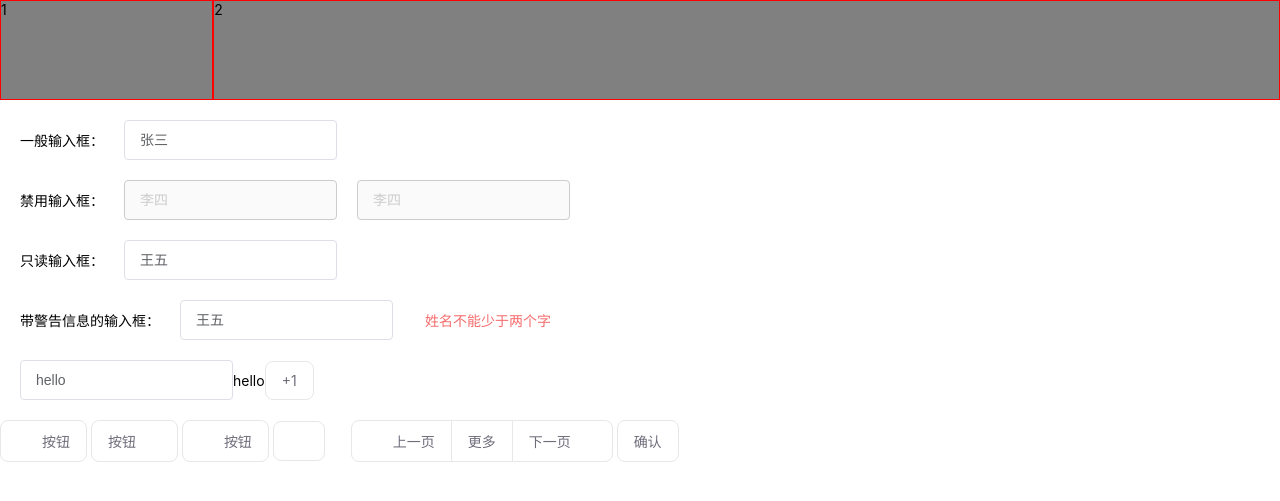
Repository: NansenHo/yellow-ui
Page: /
The author's editor kept a copy of each file at every save. The page is drawn from the files as they stood at one save, then again after the next save.
The browser window is 1280 px wide. The pictures show the whole page.
The project was rebuilt for these pictures with package versions that can differ from the ones it lists, and the page was loaded fresh each time. Also part of the build but not shown: src/svg.js.

Above is the page before, as saved 2022-01-02 11:16:36.

### index.html
<!DOCTYPE html>
<html lang="zh-Hans">
  <head>
    <meta charset="UTF-8" />
    <meta
      name="viewport"
      content="width=device-width, user-scalable=no, initial-scale=1.0, maximum-scale=1.0, minimum-scale=1.0"
    />
    <meta http-equiv="X-UA-Compatible" content="ie=edge" />
    <title>Yellow</title>
    <style>
      * {
        margin: 0;
        padding: 0;
        box-sizing: border-box;
      }

      :root {
        --button-color: #6e6d7a;
        --button-height: 32px;
        --font-size: 14px;
        --button-bg: white;
        --button-active-bg: #eee;
        --border-radius: 8px;
        --border-color: #e7e7e9;
        --border-color-hover: #666;
      }

      body {
        font-size: var(--font-size);
        font-family: SF Pro SC, SF Pro Text, SF Pro Icons, PingFang SC,
          Helvetica Neue, Helvetica, Arial, sans-serif;
      }
    </style>
    <style>
      .box {
        margin: 20px;
        display: flex;
        align-items: center;
      }
      .title {
        margin-right: 20px;
      }
    </style>
    <style>
      .demoBox {
        min-height: 50px;
        border: 1px solid red;
        background: gray;
      }
    </style>
  </head>
  <body>
    <div id="app">
      <y-row>
        <y-col
          class="demoBox"
          span="24"
          :ipad="{span:'10'}"
		  :narrow-pc="{span: '8'}"
          :pc="{span: '6'}"
		  :wide-pc="{span: '4'}"
          >1</y-col
        >
        <y-col
          class="demoBox"
          span="24"
          :ipad="{span:'14'}"
		  :narrow-pc="{span: '16'}"
          :pc="{span: '18'}"
		  :wide-pc="{span: '20'}"
          >2</y-col
        >
      </y-row>
      <!--	<y-row class="topBar">-->
      <!--		<y-col class="demoBox"-->
      <!--			   :span="5">-->
      <!--			<y-row align="middle">-->
      <!--				<y-col>1</y-col>-->
      <!--				<y-col>2</y-col>-->
      <!--				<y-col>3</y-col>-->
      <!--				<y-col>4</y-col>-->
      <!--			</y-row>-->
      <!--		</y-col>-->
      <!--		<y-col class="demoBox"-->
      <!--			   :span="19">-->
      <!--			<y-row align="left">-->
      <!--				<y-col>1</y-col>-->
      <!--				<y-col>2</y-col>-->
      <!--				<y-col>3</y-col>-->
      <!--				<y-col>4</y-col>-->
      <!--				<y-col>5</y-col>-->
      <!--				<y-col>6</y-col>-->
      <!--				<y-col>7</y-col>-->
      <!--			</y-row>-->
      <!--		</y-col>-->
      <!--	</y-row>-->
      <!--	<y-row class="logo-search-qrcode">-->
      <!--		<y-col class="demoBox"-->
      <!--			   span="6"-->
      <!--			   align="middle">-->
      <!--&lt;!&ndash;			<img src="https://xiedaimala.com/packs/_/assets/images/logos/red-logo-3f8db9041e6c15d4ae7ed7e4087c4b98.png"&ndash;&gt;-->
      <!--&lt;!&ndash;				 style="height:24px ;max-width: 100%;"&ndash;&gt;-->
      <!--&lt;!&ndash;				 alt="">&ndash;&gt;-->
      <!--		</y-col>-->
      <!--		<y-col class="demoBox"-->
      <!--			   span="12"></y-col>-->
      <!--		<y-col class="demoBox"-->
      <!--			   span="6"></y-col>-->
      <!--	</y-row>-->
      <!--	<y-row gutter="10">-->
      <!--		<y-col>1</y-col>-->
      <!--		<y-col>2</y-col>-->
      <!--	</y-row>-->
      <!--	<y-row gutter="18">-->
      <!--		<y-col>1</y-col>-->
      <!--		<y-col>2</y-col>-->
      <!--		<y-col>2</y-col>-->
      <!--	</y-row>-->
      <!--	<y-row gutter="20">-->
      <!--		<y-col span="2">1</y-col>-->
      <!--		<y-col span="20" offset="2">2</y-col>-->
      <!--	</y-row>-->
      <!--	<y-row gutter="20">-->
      <!--		<y-col span="4">1</y-col>-->
      <!--		<y-col span="20">2</y-col>-->
      <!--	</y-row>-->
      <!--    <y-row gutter="20">-->
      <!--        <y-col :span="3/22">1</y-col>-->
      <!--        <y-col :span="3/22" offset="1">2</y-col>-->
      <!--        <y-col :span="3/22" offset="1">2</y-col>-->
      <!--    </y-row>-->
      <div class="box">
        <p class="title">一般输入框：</p>
        <y-input value="张三"></y-input>
      </div>
      <div class="box">
        <p class="title">禁用输入框：</p>
        <y-input
          value="李四"
          style="margin-right: 20px"
          :disabled="true"
        ></y-input>
        <y-input value="李四" disabled></y-input>
      </div>
      <div class="box">
        <p class="title">只读输入框：</p>
        <y-input value="王五" readonly></y-input>
      </div>
      <div class="box">
        <p class="title">带警告信息的输入框：</p>
        <y-input value="王五" warn="姓名不能少于两个字"></y-input>
      </div>
      <div class="box">
        <y-input v-model="message"></y-input>
        <p>{{ message }}</p>
        <y-button @click="message += 1">+1</y-button>
      </div>
      <y-button icon="settings" @click="test" icon-position="left">
        按钮
      </y-button>
      <y-button icon="loading" icon-position="right"> 按钮 </y-button>
      <y-button icon="settings" icon-position="left"> 按钮 </y-button>
      <y-button icon="settings"></y-button>
      <!--    <y-button icon="settings" icon-position="up">-->
      <!--        按钮-->
      <!--    </y-button>-->
      <y-icon name="download"></y-icon>
      <y-button-group>
        <y-button icon="left">上一页</y-button>
        <y-button>更多</y-button>
        <y-button icon="right" icon-position="right">下一页 </y-button>
      </y-button-group>
      <y-button>确认</y-button>
    </div>
    <script src="./src/app.js"></script>
  </body>
</html>

### src/app.js
import Vue from 'vue';
import Button from './y-button.vue';
import Icon from './y-icon.vue';
import ButtonGroup from './y-button-group';
import Input from './y-input'
import Row from './y-row'
import Col from './y-col'

Vue.component('y-button', Button);
Vue.component('y-icon', Icon);
Vue.component('y-button-group', ButtonGroup);
Vue.component('y-input', Input)
Vue.component('y-row', Row)
Vue.component('y-col', Col)

new Vue({
	el: '#app',
	data: {
		message: 'hello'
	},
	methods: {
		test() {
			console.log('1');
		}
	},
});

// // 单元测试
// import chai from 'chai';
// import spies from 'chai-spies';
//
// chai.use(spies);
//
// const expect = chai.expect;
// // 单元测试 - 测试 icon 属性
// {
// 	const Constructor = Vue.extend(Button);
// 	let vm = new Constructor({
// 			propsData: {
// 				icon: 'settings',
// 			}
// 		}
// 	);
// 	vm.$mount();
// 	let useElement = vm.$el.querySelector('use');
// 	let href = useElement.getAttribute('xlink:href');
// 	expect(href).to.eq('#icon-settings');
// }
//
// // 单元测试 - 测试 icon-position 属性
// {
// 	const div = document.createElement('div');
// 	document.body.appendChild(div);
// 	const Constructor = Vue.extend(Button);
// 	let vm = new Constructor({
// 			propsData: {
// 				icon: 'settings',
// 				iconPosition: 'right'
// 			}
// 		}
// 	);
// 	vm.$mount(div);
// 	let svgElement = vm.$el.querySelector('svg');
// 	let classList = Array.from(svgElement.classList);
// 	let iconRight = classList.find((item) => {
// 		return item === 'y-icon-right';
// 	});
// 	expect(iconRight).to.eq('y-icon-right');
// 	// 清理掉 div 避免画面上杂乱
// 	vm.$el.remove();
// 	vm.$destroy();
// }
//
// // 单元测试 - 测试点击事件
// {
// 	// mock 模拟
// 	const Constructor = Vue.extend(Button);
// 	let vm = new Constructor({
// 			propsData: {
// 				icon: 'settings',
// 			}
// 		}
// 	);
// 	vm.$mount();
// 	// mock 了一个函数，之后用的是这个模拟函数来做的测试
// 	let spy = chai.spy(function () {
// 		console.log(1);
// 		expect(1).to.eq(1);
// 	});
// 	// 为 vm 的点击事件添加监听函数 spy
// 	vm.$on('click', spy);
// 	let button = vm.$el;
// 	// 调用 spy 函数
// 	button.click();
// 	// 期待我们的间谍函数被调用
// 	expect(spy).to.have.been.called();
// }

### src/y-button.vue
<template>
  <button class="y-button"
          @click="$emit('click')"
          v-if="iconPosition === 'right' && $slots.default">
    <slot></slot>
    <y-icon v-if="icon"
            class="y-icon-right"
            :name="icon"></y-icon>
  </button>
  <button class="y-button"
          @click="$emit('click')"
          v-else-if="iconPosition === 'left' && $slots.default">
    <y-icon v-if="icon"
            class="y-icon-left"
            :name="icon"></y-icon>
    <slot></slot>
  </button>
  <button class="y-button"
          @click="$emit('click')"
          v-else-if="!$slots.default">
    <y-icon v-if="icon"
            :name="icon"></y-icon>
  </button>
</template>

<script>
import Icon from './y-icon';

export default {
  name: 'y-button',
  components: {
    'y-icon': Icon,
  },
  // props: ['icon', 'iconPosition']
  // 用对象的写法可以写更多的功能
  props: {
    icon: {},
    iconPosition: {
      type: String,
      // icon-position 的默认值
      default: 'left',
      // 属性校验器的写法
      validator(value) {
        // return true 不能省略
        return value === 'left' || value === 'right';
        // return value !== 'left' && value !== 'right' ? false : true; // 用三元运算符来做
      }
    }
  },
};
</script>

<style scoped
       lang="scss">
.y-button {
  font-size: 14px;
  padding: 10px 16px;
  color: #6e6d7a;
  text-align: left;
  border-radius: 8px;
  border: 1px solid #e7e7e9;
  background: white;
  font-family: SF Pro SC, SF Pro Text, SF Pro Icons, PingFang SC, Helvetica Neue, Helvetica, Arial, sans-serif;
  display: inline-flex;
  justify-content: center;
  align-items: center;
  vertical-align: middle;
}

.y-button:hover {
  background-color: #eee;
  border-color: #666;
}

.y-button:active {
  background-color: #eee;
}

.y-button:focus {
  outline: none;
}


.icon {
  width: 1em;
  height: 1em;
  vertical-align: -0.15em;
  fill: currentColor;
  overflow: hidden;
}

.icon-left {
  margin-right: 0.5em;
  margin-left: 0;
}

.icon-right {
  margin-right: 0;
  margin-left: 0.5em;
}

.y-icon-right {
  margin-right: 0;
  margin-left: 0.5em;
}

.y-icon-left {
  margin-right: 0.5em;
  margin-left: 0;
}
</style>

### src/y-icon.vue
<template>
  <svg
    v-if="name === 'loading'"
    @click="$emit('click')"
    class="y-icon y-icon-loading"
    aria-hidden="true"
  >
    <use :xlink:href="`#icon-${name}`"></use>
  </svg>
  <svg v-else class="y-icon" aria-hidden="true" @click="$emit('click')">
    <use :xlink:href="`#icon-${name}`"></use>
  </svg>
</template>

<script>
import "./svg";
export default {
  name: "y-icon",
  props: ["name"],
};
</script>

<style lang="scss" scoped>
.y-icon {
  width: 18px;
  height: 18px;
  color: var(--button-color);
  vertical-align: middle;
  fill: currentColor;
  overflow: hidden;
}

@keyframes spin {
  0% {
    transform: rotate(0deg);
  }
  100% {
    transform: rotate(360deg);
  }
}

.y-icon-loading {
  animation: spin 1s infinite linear;
}
</style>

### src/y-button-group.vue
<template>
  <div class="y-button-group">
    <slot></slot>
  </div>
</template>

<script>
export default {
  name: 'y-button-group',
  mounted() {
    for (let node of this.$el.children) {
      let name = node.nodeName.toLowerCase();
      if (name !== 'button') {
        console.warn(`y-button-group 的子元素只能是 y-button，但你写的是 ${name}`);
      }
    }
  },
};
</script>

<style lang="scss"
       scoped>
.y-button-group {
  display: inline-flex;
  vertical-align: middle;

  > .y-button {
    border-radius: 0;

    &:not(:first-child) {
      margin-left: -1px;
    }

    &:hover {
      position: relative;
      z-index: 1;
    }

    // margin-left: -1px; 和 z-index: 1; 配合解决了三个按钮合一起的时候的边框问题

    &:first-child {
      border-top-left-radius: var(--border-radius);
      border-bottom-left-radius: var(--border-radius);
    }

    &:last-child {
      border-top-right-radius: var(--border-radius);
      border-bottom-right-radius: var(--border-radius);
    }
  }
}
</style>

### src/y-input.vue
<template>
  <div class="y-wrapper"
       :class="{warn}">
    <input :value="value"
           class="y-input"
           :disabled="disabled"
           :readonly="readonly"
           @change="$emit('change', $event.target.value)"
           @input="$emit('input', $event.target.value)"
           @blur="$emit('blur', $event.target.value)"
           @focus="$emit('focus', $event.target.value)"
           type="text">
    <template v-if="warn">
      <y-icon name="error" class="warn-icon"></y-icon>
      <span class="warn-message">{{ warn }}</span>
    </template>
  </div>
</template>

<script>
import Icon from './y-icon';

export default {
  name: 'y-input',
  components: {
    'y-icon': Icon
  },
  props: {
    value: {
      type: String,
    },
    disabled: {
      type: Boolean,
      default: false,
    },
    readonly: {
      type: Boolean,
      default: false,
    },
    warn: {
      type: String,
    }
  }
};
</script>

<style lang="scss"
       scoped>
$box-shadow-color: rgba(0, 0, 0, 0.5);
$border-color: #dcdfe6;
$color: #606266;
.y-wrapper {
  display: inline-flex;
  align-items: center;

  > :not(:last-child) {
    margin-right: 0.5em;
  }

  > .y-input {
    border: 1px solid $border-color;
    color: $color;
    line-height: 40px;
    height: 40px;
    outline: none;
    border-radius: 4px;
    font-size: 14px;
    padding: 0 15px;
    cursor: pointer;
    display: inline-block;

    &:hover {
      border: 1px solid #666;
      //box-shadow: inset 0 1px 3px $box-shadow-color;
    }

    &:focus {
      //box-shadow: inset 0 1px 3px $box-shadow-color;
    }

    &[disabled] {
      border-color: #ccc;
      color: #ccc;
      cursor: not-allowed;
    }
  }

  &.warn {
    > .input {
      border: 1px solid red;
    }
  }

  > .warn-icon {
    fill: #f56c6c;
  }

  > .warn-message {
    color: #f56c6c;
  }
}
</style>

### src/y-row.vue
<template>
  <div class="row"
       :class="rowClass"
       :style="rowStyle">
    <slot></slot>
  </div>
</template>

<script>
export default {
  name: 'y-row',
  props: {
    gutter: {
      type: [Number, String],
    },
    align: {
      type: String,
      validator(value) {
        return ['left', 'middle', 'right'].includes(value);
      }
    }
  },
  computed: {
    rowStyle() {
      return {marginLeft: -this.gutter / 2 + 'px', marginRight: -this.gutter / 2 + 'px'};
    },
    rowClass() {
      let {align} = this;
      return [align && `align-${align}`];
    }
  },
  mounted() {
    this.$children.forEach((vm) => {
      vm.$data.gutter = this.gutter;
    });
  }
};
</script>

<style lang="scss"
       scoped>
.row {
  display: flex;
  flex-wrap: wrap;

  &.align-left {
    justify-content: flex-start;
  }

  &.align-middle {
    justify-content: center;
  }

  &.align-right {
    justify-content: flex-end;
  }
}
</style>

### src/y-col.vue
<template>
  <div class="col" :style="colStyle" :class="colClasses">
    <slot></slot>
  </div>
</template>

<script>
//TODO 这里的验证函数写法 - 笔记
let validator = (value) => {
  let keys = Object.keys(value);
  keys = Array.from(keys);
  let result = true;
  keys.forEach((key) => {
    result = ["span", "align", "offset"].includes(key);
    return result;
  });
  return result;
};
export default {
  name: "y-col",
  props: {
    span: {
      type: [Number, String],
    },
    offset: {
      type: [Number, String],
    },
    align: {
      type: String,
      validator(value) {
        return ["left", "middle", "right"].includes(value);
      },
    },
    ipad: {
      type: Object,
      // validator: validator, 的省略，js 语法支持这样做
      validator,
    },
    narrowPc: {
      type: Object,
      validator,
    },
    pc: {
      type: Object,
      validator,
    },
    widePc: {
      type: Object,
      validator,
    },
  },
  data() {
    return {
      gutter: 0,
    };
  },
  computed: {
    colClasses() {
      let { span, offset, align, phone, ipad, narrowPc, pc, widePc } = this;
      let createClassName = (obj, devices = "") => {
        // str 默认等于空字符串
        if (!obj) {
          return [];
        }
        let array = [];
        if (obj.span) {
          if (!devices) {
            array.push(`col-${obj.span}`);
          } else {
            array.push(`col-${devices}-${obj.span}`);
          }
        }
        if (obj.offset) {
          array.push(`offset-${devices}-${obj.offset}`);
        }
        if (obj.align) {
          array.push(`align-${devices}-${obj.align}`);
        }
        return array;
      };
      return [
        ...createClassName({ span, offset, align }),
        ...createClassName(ipad, "ipad"),
        ...createClassName(narrowPc, "narrowPc"),
        ...createClassName(pc, "pc"),
        ...createClassName(widePc, "widePc"),
      ];
    },
    colStyle: function () {
      return {
        paddingLeft: this.gutter / 2 + "px",
        paddingRight: this.gutter / 2 + "px",
      };
    },
  },
};
</script>

<style lang="scss" scoped>
.col {
  height: 100px;
  background: gray;
  display: flex;

  &.align-left {
    justify-content: flex-start;
  }

  &.align-middle {
    justify-content: center;
  }

  &.align-end {
    justify-content: flex-end;
  }

  //TODO SCSS 的 for 循环写法等
  $className: col-; // 声明了一个 className 变量，其值是 col-
  @for $n from 1 through 24 {
    // loops 循环 24 次
    &.#{$className}#{$n} {
      // #{} 是插值的意思
      // .col.class-prefix1
      // .col.class-prefixn
      // .col.class-prefix24
      width: ($n/24) * 100%;
    }
  }

  $className: offset-;
  @for $n from 1 through 24 {
    &.#{$className}#{$n} {
      margin-left: ($n/24) * 100%;
    }
  }

  //TODO: @media 的写法
  @media (min-width: 577px) and (max-width: 768px) {
    $className: col-ipad-;
    @for $n from 1 through 24 {
      &.#{$className}#{$n} {
        width: ($n/24) * 100%;
      }
    }

    $className: offset-ipad-;
    @for $n from 1 through 24 {
      &.#{$className}#{$n} {
        margin-left: ($n/24) * 100%;
      }
    }
  }

  @media (min-width: 769px) and (max-width: 992px) {
    $className: col-narrowPc-;
    @for $n from 1 through 24 {
      &.#{$className}#{$n} {
        width: ($n/24) * 100%;
      }
    }

    $className: offset-narrowPc-;
    @for $n from 1 through 24 {
      &.#{$className}#{$n} {
        margin-left: ($n/24) * 100%;
      }
    }
  }

  @media (min-width: 993px) and (max-width: 1200px) {
    $className: col-pc-;
    @for $n from 1 through 24 {
      &.#{$className}#{$n} {
        width: ($n/24) * 100%;
      }
    }

    $className: offset-pc-;
    @for $n from 1 through 24 {
      &.#{$className}#{$n} {
        margin-left: ($n/24) * 100%;
      }
    }
  }

  @media (min-width: 1200px) {
    $className: col-widePc-;
    @for $n from 1 through 24 {
      &.#{$className}#{$n} {
        width: ($n/24) * 100%;
      }
    }

    $className: offset-widePc-;
    @for $n from 1 through 24 {
      &.#{$className}#{$n} {
        margin-left: ($n/24) * 100%;
      }
    }
  }
}
</style>

After the next save:
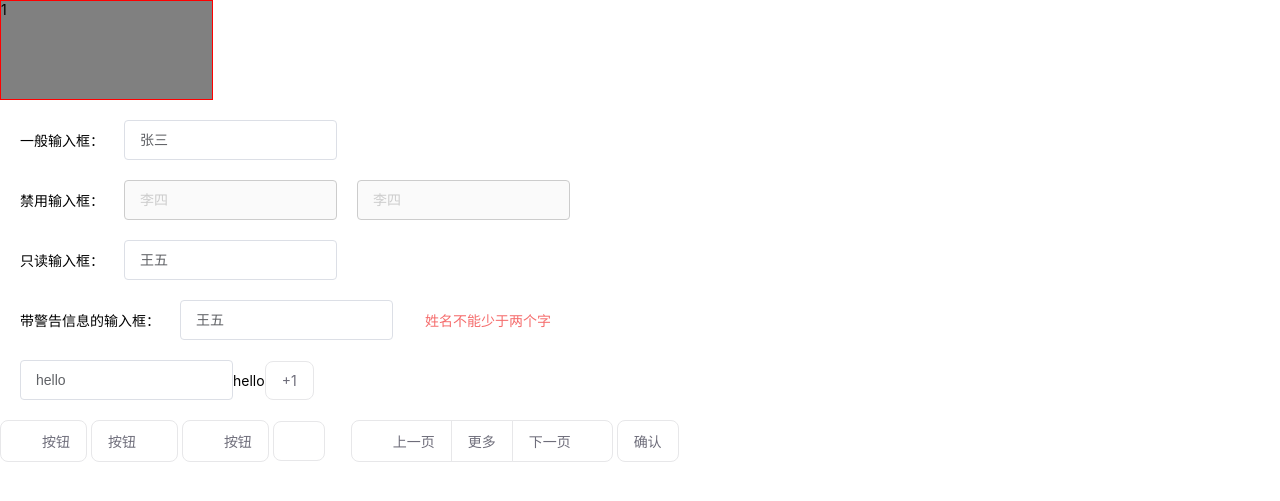
Saved 66 min 38 s later.
--- a/index.html
+++ b/index.html
@@ -55,21 +55,13 @@
       <y-row>
         <y-col
           class="demoBox"
-          span="24"
-          :ipad="{span:'10'}"
-		  :narrow-pc="{span: '8'}"
+          span="23"
+          offset="1"
+          :ipad="{span:'10', offset: '14'}"
+          :narrow-pc="{span: '8'}"
           :pc="{span: '6'}"
-		  :wide-pc="{span: '4'}"
+          :wide-pc="{span: '4'}"
           >1</y-col
-        >
-        <y-col
-          class="demoBox"
-          span="24"
-          :ipad="{span:'14'}"
-		  :narrow-pc="{span: '16'}"
-          :pc="{span: '18'}"
-		  :wide-pc="{span: '20'}"
-          >2</y-col
         >
       </y-row>
       <!--	<y-row class="topBar">-->
